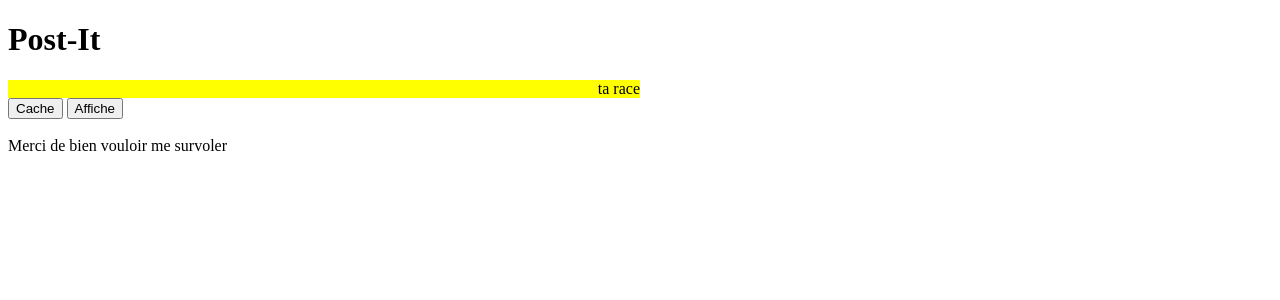
Repository: evalwebmeteofullstack/Gestion_meteo
Page: Notes/Cours + Exercices/Exercices/static/test/5em-code.html
An editor plug-in stored every save of this project. The page is shown before and after the next save, followed by the edit.
The browser window is 1280 px wide. The pictures show the whole page.

Above is the page before, as saved 2019-02-04 08:28:28.

After the next save:
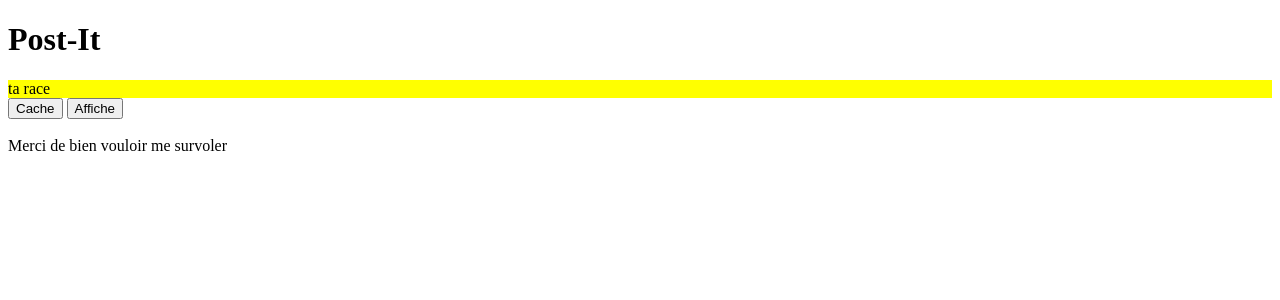
Saved 5 s later.
--- a/Notes/Cours + Exercices/Exercices/static/test/style5.css
+++ b/Notes/Cours + Exercices/Exercices/static/test/style5.css
@@ -1,7 +1,4 @@
 #postIt{
-	display: flex;
-	flex-direction: row;
-	width: 50%;
-	justify-content: flex-end;
+
 	background-color: yellow;
 }
